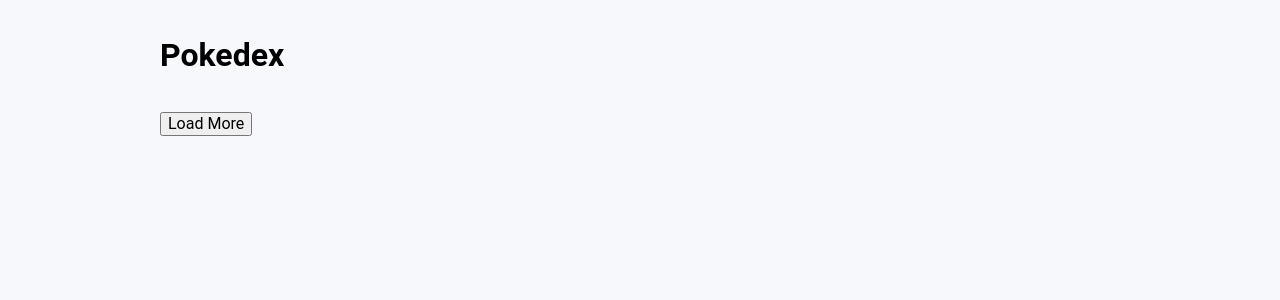
Repository: Sandro1969-tech/pokedex
Page: index.html
An editor plug-in stored every save of this project. The page is shown before and after a run of saves, followed by the edit.
The browser window is 1280 px wide. The pictures show the whole page.
The page's requests for data from a server got no answer.

Above is the page before, as saved 2026-02-23 09:56:18.

After the next 2 saves:
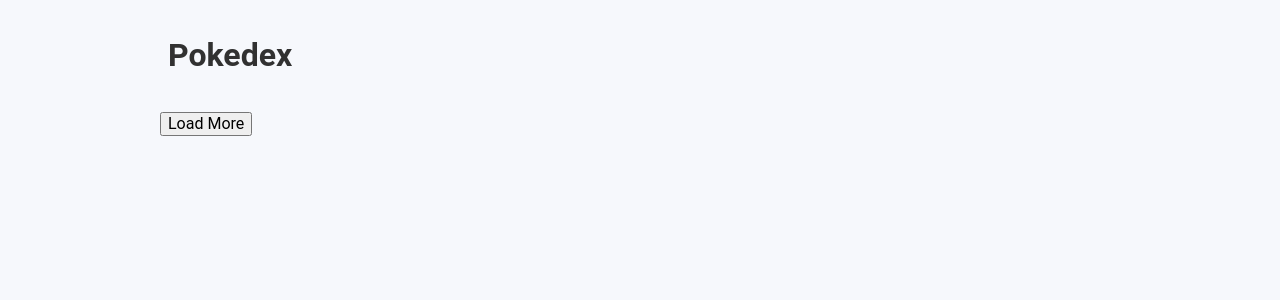
The 2 saves are shown as one change because they came seconds apart.
The last was saved 2 min 13 s later.
--- a/assets/css/global.css
+++ b/assets/css/global.css
@@ -1,6 +1,27 @@
-* { font-family: 'Roboto', sans-serif; box-sizing: border-box; }
-body { background-color: #f6f8fc; }
-.content { width: 100vw; padding: 1rem; }
+* {
+    font-family: 'Roboto', sans-serif;
+    box-sizing: border-box;
+}
+
+body {
+    background-color: #f6f8fc;
+    margin: 0;
+    padding: 0;
+}
+
+.content {
+    width: 100vw;
+    padding: 1rem;
+}
+
 @media screen and (min-width: 992px) {
-    .content { max-width: 992px; margin: 0 auto; }
+    .content {
+        max-width: 992px;
+        margin: 0 auto;
+    }
 }
+
+h1 {
+    color: #313131;
+    margin-left: 0.5rem;
+}
